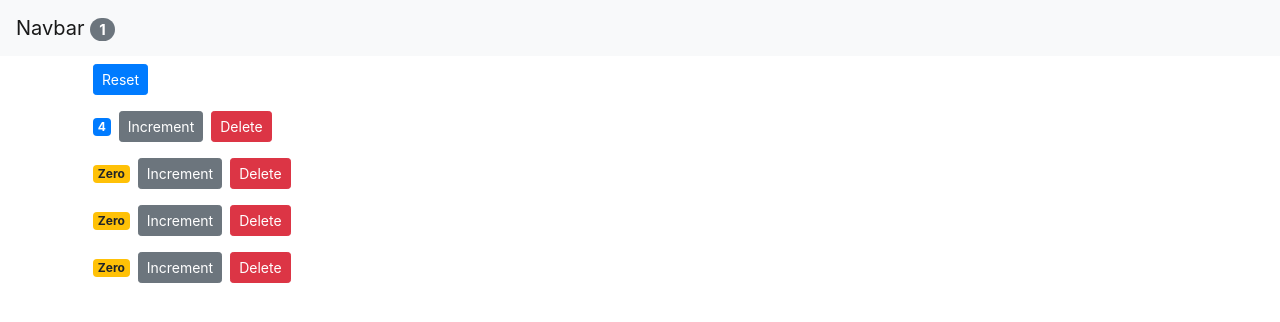
Repository: smk87/First-React-App
Page: /
An editor plug-in stored every save of this project. The page is shown before and after the next save, followed by the edit.
The browser window is 1280 px wide. The pictures show the whole page.
The project was rebuilt for these pictures with package versions that can differ from the ones it lists, and the page was loaded fresh each time. Also part of the build but not shown: src/App.css.

Above is the page before, as saved 2019-01-06 13:55:20.

After the next save:
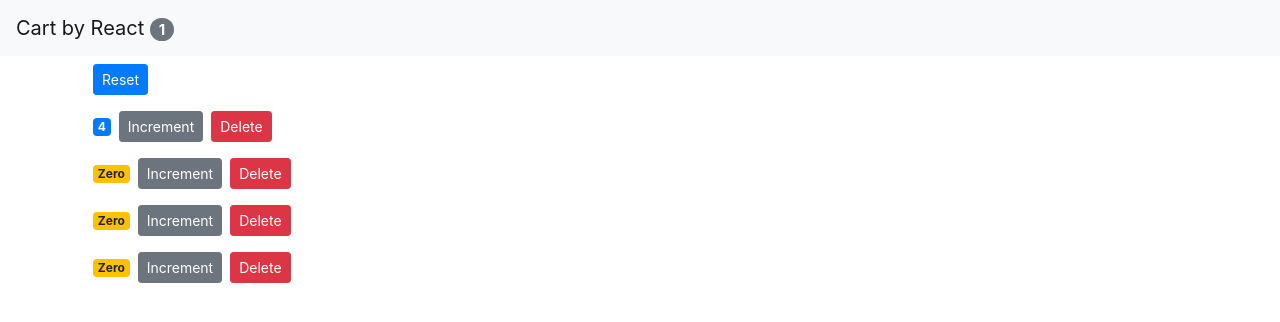
Saved 9 s later.
--- a/src/components/navbar.jsx
+++ b/src/components/navbar.jsx
@@ -6,7 +6,7 @@ class NavBar extends Component {
     return (
       <nav className="navbar navbar-light bg-light">
         <a className="navbar-brand" href="#">
-          Navbar{" "}
+          Cart by React{" "}
           <span className="badge badge-pill badge-secondary">
             {this.props.totalCounters}
           </span>
